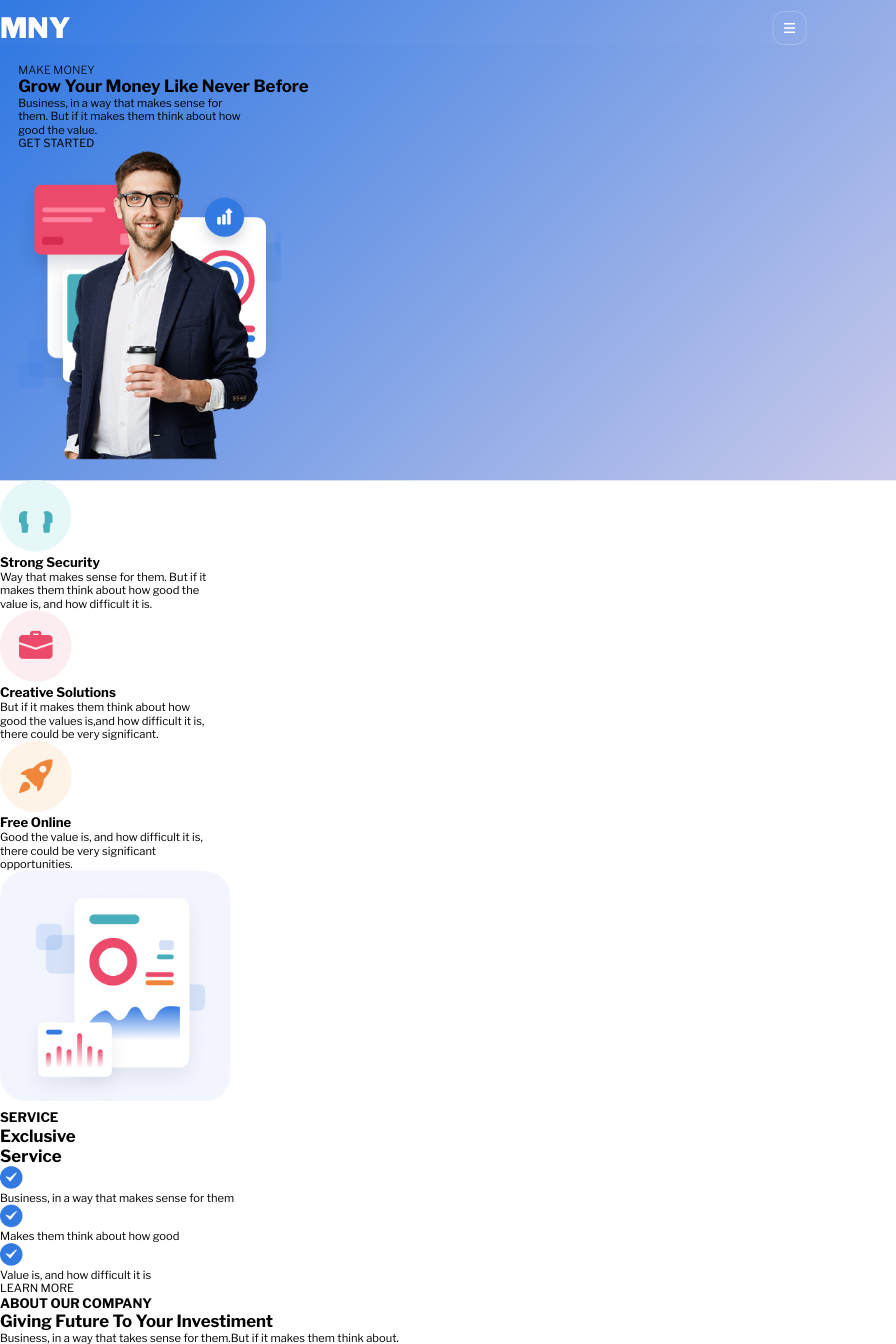
Repository: juniorAntunes910/Make-Money-Design-Avaliacao
Page: index.html
These files come from the project's save history. The page is drawn as it stood at one moment and after the next save; the edit follows.
The browser window is 1280 px wide. The pictures show the part of the page from y = 0 to 1920 px (the page is 4663 px tall before and 4676 px after), at 70% of full size.

Above is the page before, as saved 2026-03-13 08:13:55.

After the next save:
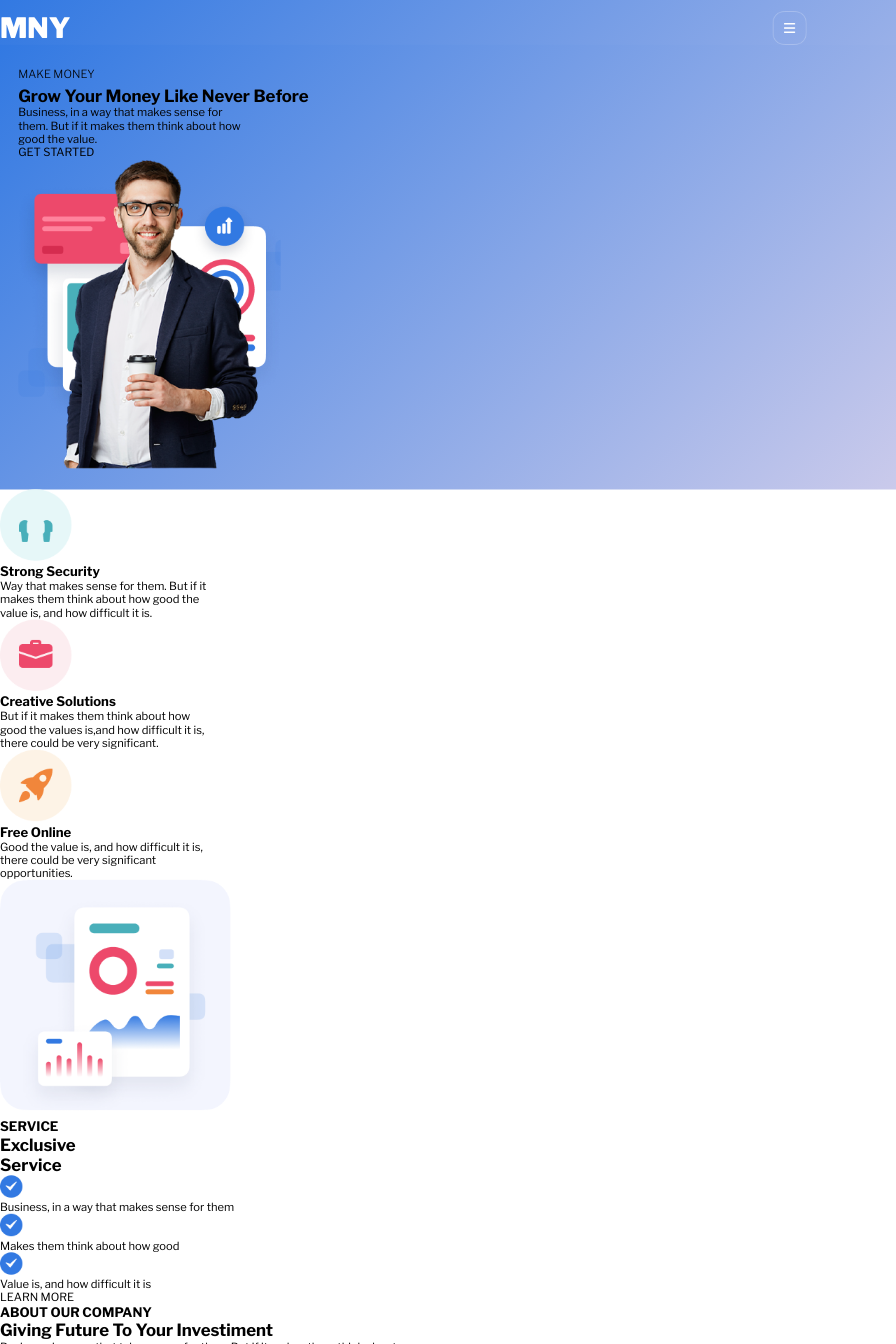
Saved 4 s later.
--- a/style.css
+++ b/style.css
@@ -103,5 +103,6 @@ header nav{
 .hero-header-subtitle {
     font-size: 1rem;
     font-weight: var(--weight-light);
+    line-height: 2rem;
 
 }
